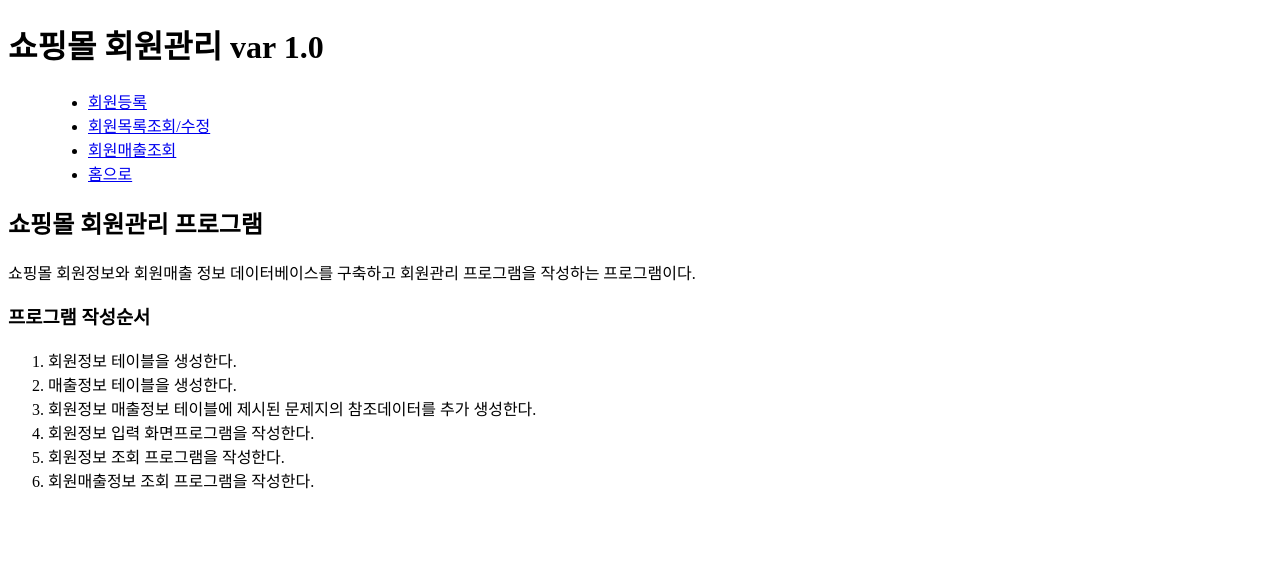
Repository: star-min/jsp_basic
Page: http://localhost/HRD_A01/
These files come from the project's save history. The page is drawn as it stood at one moment and after the next save; the edit follows.
The browser window is 1280 px wide. The pictures show the whole page.
The page is served by Tomcat 9.

Above is the page before, as saved 2022-08-16 06:05:08.

After the next save:
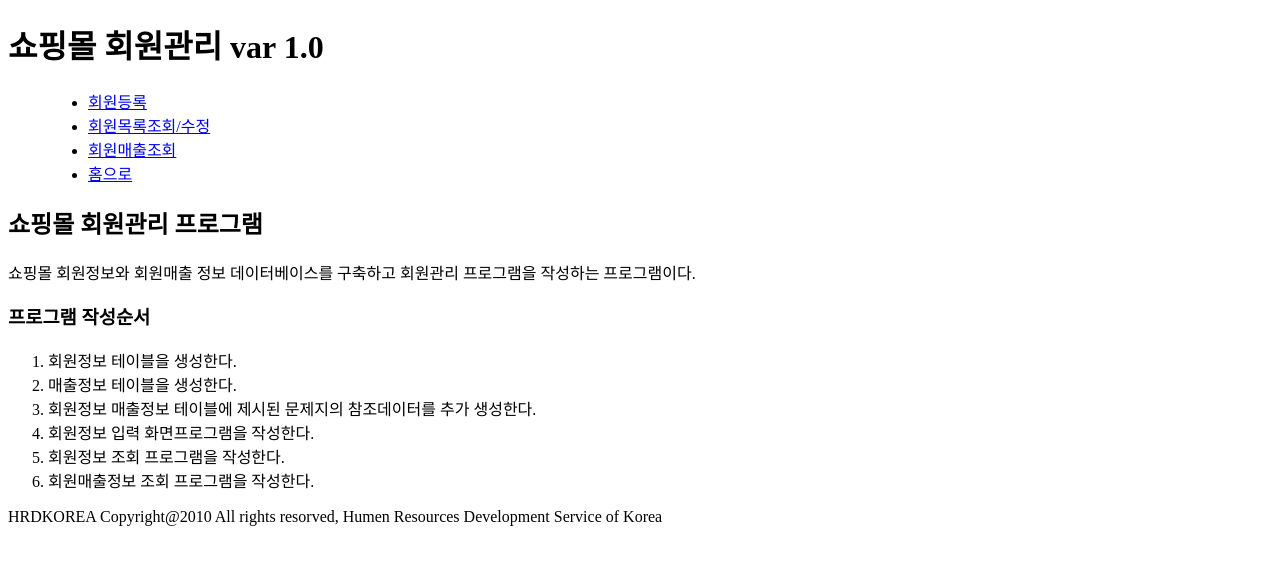
Saved 118 s later.
--- a/hrdkorea/HRD_A01/WebContent/index.jsp
+++ b/hrdkorea/HRD_A01/WebContent/index.jsp
@@ -32,7 +32,7 @@
 		</ol>
 	</section>
 	<footer>
-
+		<p>HRDKOREA Copyright@2010 All rights resorved, Humen Resources Development Service of Korea</p>
 	</footer>
 </body>
 </html>
